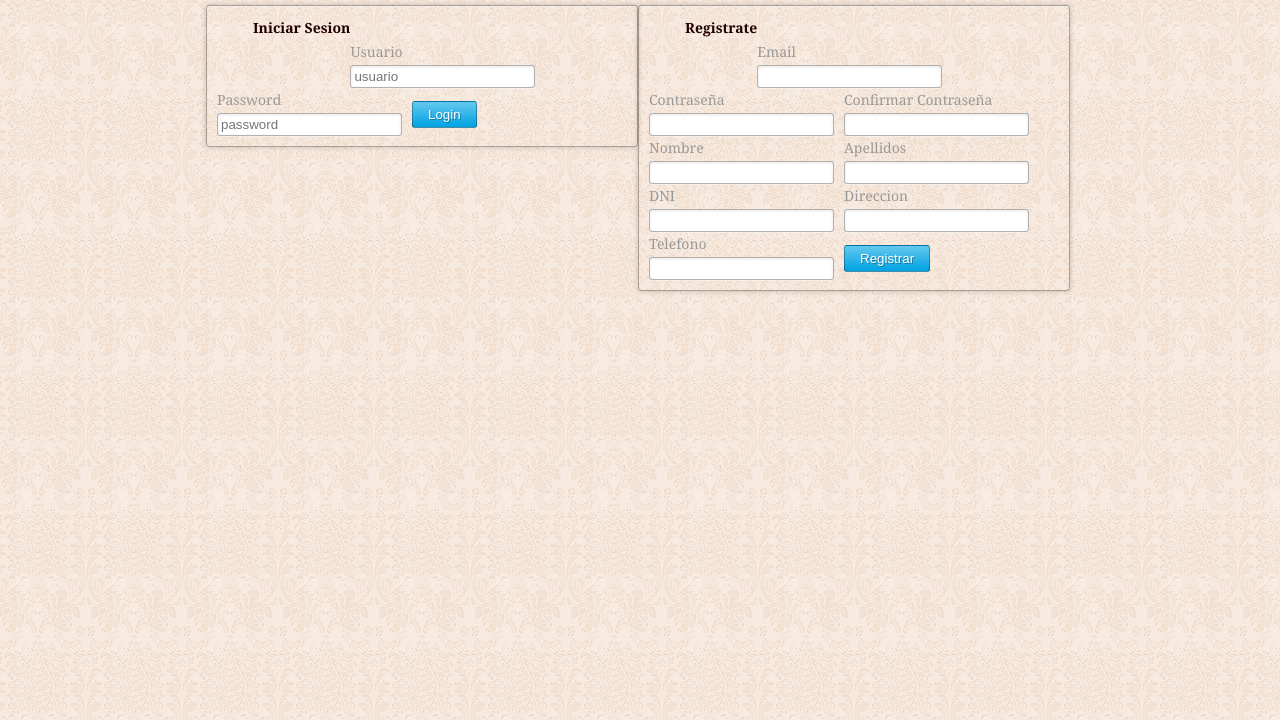
Repository: ProSoft-PDSI/sdsddo
Page: http://localhost/sdsr/LoginRegistro.jsp
These files come from the project's save history. The page is drawn as it stood at one moment and after the next save; the edit follows.
The browser window is 1280 px wide. The pictures show the whole page.
The page is served by Tomcat 9. Other server files are loaded and not shown.

Above is the page before, as saved 2014-07-20 01:57:25.
Console error: TypeError: Cannot read properties of undefined (reading 'appendTo')

### Web/sdsr/WebContent/LoginRegistro.jsp
<%@ page language="java" contentType="text/html; charset=ISO-8859-1"
    pageEncoding="ISO-8859-1"%>
<%@ taglib prefix="c" uri="http://java.sun.com/jsp/jstl/core" %>
<!DOCTYPE html>
<html lang="es">
<head>
<title></title>
<meta charset="utf-8" />
<style type="text/css">
body {
	Background: transparent;
}
</style>
<%@ include file="Carga.jsp" %>
</head>
<body id="page5">
<div class="body6" id="marco">
	<div class="body1" id="marco">
		<div class="main" id="marco">
<!-- content -->
			<article id="content">
				<div class="wrap">


					<div>
					<form id="ContactForm">
						<section class="loginform cf">
						   <form name="login" action="index_submit" method="get" accept-charset="utf-8">
							<ul>
							    <h1>Registrate</h1>
								<li>
									<label for="usermail"><br>Email</label>
									<input type="text" name="usermail"  required>
								</li>
								<li>
									<label for="password">Contraseña</label>
									<input type="text" name="password"  required>
								</li>
								<li>
									<label for="password">Confirmar Contraseña</label>
									<input type="text" name="password"  required>
								</li>
								<li>
									<label for="Nombre">Nombre</label>
									<input type="text" name="Nombre"  required>
								</li>
								<li>
									<label for="Apellido">Apellidos</label>
									<input type="text" name="Apellido"  required>
								</li>
								<li>
									<label for="Number">DNI</label>
									<input type="text" name="Number"  required>
								</li>
								<li>
									<label for="Direccion">Direccion</label>
									<input type="text" name="Direccion"  required>
								</li>
								<li>
									<label for="Number">Telefono</label>
									<input type="text" name="Number"  required>
								</li>
								<li>
									<input type="submit" value="Registrar">
								</li>
							</ul>
						</form>
					</section>
							</form>
						</div>
				 <div>
					<form id="ContactForm">
						<section class="loginform cf">
							<form name="login" action="index_submit" method="get" accept-charset="utf-8">
								<ul>
								   <h1> Iniciar Sesion </h1>
									<li>
										<label for="usuario"><br>Usuario</label>
										<input type="text" name="usuario" placeholder="usuario" required>
									</li>
									<li>
										<label for="password">Password</label>
										<input type="password" name="contrasenia" placeholder="password" required></li>
									<li>
										<input type="submit" value="Login">
									</li>
								</ul>
								</form>
						</section>
					</form>
					</div>
				</div>
			</article>
		</div>
	</div>
</div>
<script type="text/javascript"> Cufon.now(); </script>
</body>

</html>

### Web/sdsr/WebContent/Carga.jsp
<link rel="stylesheet" href="css/reset.css" type="text/css" media="all">
<link rel="stylesheet" href="css/layout.css" type="text/css" media="all">
<link rel="stylesheet" href="css/style.css" type="text/css" media="all">
<link rel="stylesheet" href="css/estilos.css" type="text/css" media="all">
<script type="text/javascript" src="js/jquery-1.6.js" ></script>
<script type="text/javascript" src="js/cufon-yui.js"></script>
<script type="text/javascript" src="js/cufon-replace.js"></script>
<script type="text/javascript" src="js/Forum_400.font.js"></script>
<script type="text/javascript" src="js/jquery.easing.1.3.js"></script>
<script type="text/javascript" src="js/tms-0.3.js"></script>
<script type="text/javascript" src="js/tms_presets.js"></script>
<script type="text/javascript" src="js/script.js"></script>
<script type="text/javascript" src="js/atooltip.jquery.js"></script>

### Web/sdsr/WebContent/css/layout.css
.col1, .col2, .col3, .cols  {float:left}
.cols {width:300px}
.col1 {width:630px}
.col2 {width:240px}
.col3 {width:570px}
/* index.html */
/* index-1.html */
#page2 .box .list1 {margin-top:-7px}
/* index-2.html */
#page3 h2.letter_spacing {word-spacing:-2px}
/* index-3.html */
#page4 .box .list1 {margin-top:-7px}
#page4 h2.pad_bot1 {padding-bottom:5px}
/* index-4.html */
#page5 .box > div {background: url(../images/box_top2.png) top center no-repeat}
#page5 #content2 h2 {padding-bottom:4px}
/* index-5.html */
/* index-6.html */

### Web/sdsr/WebContent/css/style.css
/* Getting the new tags to behave */
article, aside, audio, canvas, command, datalist, details, embed, figcaption, figure, footer, header, hgroup, keygen, meter, nav, output, progress, section, source, video {display:block}
mark, rp, rt, ruby, summary, time {display:inline}
/* Left & Right alignment */
.left {float:left}
.right {float:right}
.wrapper {width:100%;overflow:hidden}
.wrap{overflow:hidden;width:965px;margin-left:-5px;padding-left:5px}
/* Global properties */
body {background:url(../images/bg_bot.jpg) center 0 repeat #faf3ed;border:0;font:14px Georgia, "Times New Roman", Times, serif;color:#200;line-height:24px}
.ic, .ic a {border:0;float:right;background:#fff;color:#f00;width:50%;line-height:10px;font-size:10px;margin:-220% 0 0 0;overflow:hidden;padding:0}
.css3{border-radius:8px;-moz-border-radius:8px;-webkit-border-radius:8px;box-shadow:0 0 4px rgba(0, 0, 0, .4);-moz-box-shadow:0 0 4px rgba(0, 0, 0, .4);-webkit-box-shadow:0 0 4px rgba(0, 0, 0, .4);position:relative}
/* Global Structure */
.main {	margin:0 auto;	width:960px}
.body1 {background:url(../images/restaurant.jpg) top center no-repeat}
.body2 {background:#faf3ed}
.body3 {background:url(../images/bg_bot.jpg) top center repeat}
.body4 {background:url(../images/bg_bot_img.jpg) top center no-repeat}
.body5 {background:url(../images/slider_shadow.png) center 508px no-repeat}
.body6 {background:url(../images/bg_top.jpg) top repeat-x}
/* main layout */
a {color:#a80002;text-decoration:none;outline:none}
a:hover {text-decoration:underline}
h1 {float:left;padding:0px 0 0 36px}
h2 {font-size:41px;line-height:1.2em;color:#200000;padding:16px 0 12px 0;letter-spacing:-2px}
h2.letter_spacing {letter-spacing:-3px}
h3 {font-size:27px;color:#230000;line-height:1.2em;padding:20px 0 9px 0;letter-spacing:-1px}
h3 span {color:#a80002}
p {padding-bottom:24px}
/* header */
header {height:121px;padding-top:31px;width:100%;overflow:hidden}
label {
	display: block;
	color: #999;
}
.cf:before,
.cf:after {
    content: "";
    display: table;
}

.cf:after {
    clear: both;
}
.cf {
    *zoom: 1;
}
:focus {
	outline: 0;
}
.loginform {
	width: 410px;
	margin: 10px auto;
	padding: 10px;
	border-radius: 3px;
    box-shadow: 0px 0px 5px 0px rgba(0, 0, 0, 0.2),
    			inset 0px 1px 0px 0px rgba(250, 250, 250, 0.5);
    border: 1px solid rgba(0, 0, 0, 0.3);
    float: right;
}
.loginform ul {
	padding: 0;
	margin: 0;
}
.loginform li {
	display: inline;
	float: left;
}
.loginform input:not([type=submit]) {
	padding: 3px;
	margin-right: 10px;
	border: 1px solid rgba(0, 0, 0, 0.3);
	border-radius: 3px;
	box-shadow: inset 0px 1px 3px 0px rgba(0, 0, 0, 0.1),
				0px 1px 0px 0px rgba(250, 250, 250, 0.5) ;
}
.loginform input[type=submit] {
	border: 1px solid rgba(0, 0, 0, 0.3);
	background: #64c8ef; /* Old browsers */
	background: -moz-linear-gradient(top,  #64c8ef 0%, #00a2e2 100%); /* FF3.6+ */
	background: -webkit-gradient(linear, left top, left bottom, color-stop(0%,#64c8ef), color-stop(100%,#00a2e2)); /* Chrome,Safari4+ */
	background: -webkit-linear-gradient(top,  #64c8ef 0%,#00a2e2 100%); /* Chrome10+,Safari5.1+ */
	background: -o-linear-gradient(top,  #64c8ef 0%,#00a2e2 100%); /* Opera 11.10+ */
	background: -ms-linear-gradient(top,  #64c8ef 0%,#00a2e2 100%); /* IE10+ */
	background: linear-gradient(to bottom,  #64c8ef 0%,#00a2e2 100%); /* W3C */
	filter: progid:DXImageTransform.Microsoft.gradient( startColorstr='#64c8ef', endColorstr='#00a2e2',GradientType=0 ); /* IE6-9 */
	color: #fff;
	padding: 5px 15px;
	margin-right: 0;
	margin-top: 13px;
	border-radius: 3px;
	text-shadow: 1px 1px 0px rgba(0, 0, 0, 0.3);
}

.ac_content h1{
	color:#fff;
	display:block;
	float:left;
	width:80px;
	height:20px;
	padding:0px;
	font-size:28px;
	font-weight:bold;
	line-height:30px;
	margin-right:1px;
}
.ac_content h1 span{
	display:block;
	font-weight:normal;
	font-size:18px;
}

#top_nav {float:right;padding:4px 43px 30px 0}
#top_nav li {float:left;padding:3px 26px 5px 0;background:url(../images/top_line.gif) right 0 no-repeat;margin-right:25px}
#top_nav li a {display:block;line-height:0}
#top_nav .end {background:none;padding-right:0;margin-right:0}
#menu {width:633px;float:right;padding:0 0 0 0}
#menu li {float:left;padding-left:3px}
#menu li a {display:block;font-size:24px;color:#faf3ed;line-height:75px;padding:0 15px;height:60px;letter-spacing:-1px}
/* #menu li a {display:block;font-size:24px;color:#faf3ed;line-height:100px;padding:0 15px;height:80px;letter-spacing:-1px}*/
#menu li a:hover, #menu .active a {text-decoration:none;background:url(../images/menu_bg.png) repeat}
.slider_bg {width:100%;height:404px;background: url(../images/bg_slider.jpg) 0 0 no-repeat;position:relative;overflow:hidden;box-shadow:0 0 5px rgba(0, 0, 0, .4);-moz-box-shadow:0 0 5px rgba(0, 0, 0, .4);-webkit-box-shadow:0 0 5px rgba(0, 0, 0, .4);margin-bottom:35px}
.slider {top:10px;right:10px;position:absolute;z-index:1;width:920px}
.slider .items {display:none}
.slider .pic {float:right;position:relative}
.banner {left:0px;top:0;position:absolute;width:271px;z-index:2;text-align:center}
.banner strong {font-size:52px;color:#bf0f0a;display:block;line-height:1.2em;text-transform:uppercase;padding:55px 0 0 0;letter-spacing:-2px}
.banner strong span {display:block;margin-top:-16px}
.banner b {display:block;font-size:27px;color:#312826;text-transform:uppercase;padding:0 0 23px 0;line-height:1.2em;letter-spacing:-1px}
.banner p {background:url(../images/quot1.png) 0 0 no-repeat}
.banner p span {display:block;background:url(../images/quot2.png) right bottom no-repeat;padding:0 0 0 0;color:#6c5f5b;padding-bottom:2px}
.slider .pagination {position:absolute;z-index:2;bottom:10px;left:107px}
.slider .pagination li {float:left;padding-right:3px}
.slider .pagination a {display:block;width:17px;height:17px;text-indent:-9999px;background:url(../images/buttons.png) right 0 no-repeat}
.slider .pagination a:hover, .slider .pagination .current a {background-position:left}
/* content */
#content {padding-bottom:40px}
#content2 {padding-bottom:31px}
.pad_left1 {padding-left:30px}
.pad_bot1 {padding-bottom:13px}
.pad_bot2 {padding-bottom:24px}
.marg_right1 {margin-right:20px}
.box {background:url(../images/box_bg.png) repeat;color:#faf3ed;box-shadow:0 0 5px rgba(0, 0, 0, .4);-moz-box-shadow:0 0 5px rgba(0, 0, 0, .4);-webkit-box-shadow:0 0 5px rgba(0, 0, 0, .4)}
.box > div {background:url(../images/box_top.png) 0 top no-repeat;padding:30px;padding-top:0;overflow:hidden}
.box h2 {color:#a80002;padding:15px 0 12px 0}
.box h2 span {color:#faf3ed}
.box figure {padding-bottom:13px}
.list1 li a {font-style:italic;padding-left:12px;background:url(../images/marker_1.gif) 1px 8px no-repeat;color:#faf3ed}
.list_1 {color:#fff}
.list_1:hover {text-decoration:none}
.button1 {display:inline-block;font-size:20px;color:#faf3ed;line-height:34px;padding:0 15px;background:#a80002;letter-spacing:-1px}
.button1:hover {text-decoration:none;color:#1e0000;background:#faf3ed}
.testimonials li span {float:left;width:40px;height:40px;font-size:30px;color:#faf3ed;line-height:34px;text-align:center;background:#a80002;margin-right:20px}
.testimonials li p {float:left;width:180px;padding-bottom:15px}
.testimonials li img {padding-top:2px}
.line1 {background:url(../images/line_vert1.gif) 285px 0 repeat-y}
.line2 {background:url(../images/line_vert1.gif) 615px 0 repeat-y}
.price {margin-top:-7px}
.price li {overflow:hidden;background:url(../images/price_bg.gif) 0 -6px repeat-x}
.price a {float:left;color:#220000;background:url(../images/marker_2.gif) 1px 11px no-repeat #faf3ed;padding-left:12px}
.price a:hover {text-decoration:none;color:#a80002}
.price span {float:right;background:#faf3ed}
.address {padding-bottom:0}
.address span {float:left;width:84px}
/* footer */
footer {height:138px;font:13px "Trebuchet MS", Arial, Helvetica, sans-serif;color:#696969;line-height:18px}
footer a {color:#c53005;text-decoration:underline}
footer a:hover {text-decoration:none}
#icons {padding:5px 0 0 0}
#icons li {float:left;padding-right:9px}
/* Tooltips */
.aToolTip {background:#a80002;color:#fff;	margin:0;padding:2px 10px 3px;font-size:11px;position:absolute;line-height:17px}
.aToolTip .aToolTipContent {position:relative;	margin:0;padding:0}
/* forms */
#ContactForm {margin-top:-5px;width:910px}
#ContactForm span {float:left;width:111px;line-height:20px}
#ContactForm .wrapper {min-height:24px}
#ContactForm .textarea_box {min-height:170px;width:100%;overflow:hidden;padding-bottom:9px}
#ContactForm {}
#ContactForm a {margin-left:20px;float:right}
#ContactForm .input {width:399px;height:18px;background:#faf3ed;padding:1px 5px;color:#220000;font:14px Georgia, "Times New Roman", Times, serif;margin:0;float:left}
#ContactForm textarea {overflow:auto;width:789px;height:163px;background:#faf3ed;padding:1px 5px;color:#220000;font:14px Georgia, "Times New Roman", Times, serif;margin:0}

### Web/sdsr/WebContent/css/estilos.css
#marco{
	background: transparent;
}

.marco{
	height:80em;
	width:101%;
}

### Web/sdsr/WebContent/js/cufon-replace.js
Cufon.replace('#menu a, .banner strong, .banner b, h2, h3', { fontFamily: 'Forum', hover:true });

### Web/sdsr/WebContent/js/atooltip.jquery.js
/*
	jQuery Version:				jQuery 1.3.2
	Plugin Name:				aToolTip V 1.0
	Plugin by: 					Ara Abcarians: http://ara-abcarians.com
	License:					aToolTip is licensed under a Creative Commons Attribution 3.0 Unported License
								Read more about this license at --> http://creativecommons.org/licenses/by/3.0/
*/
(function($) {
    $.fn.aToolTip = function(options) {

    	// setup default settings
    	var defaults = {
    		clickIt: false,
    		closeTipBtn: 'aToolTipCloseBtn',
    		fixed: false,
    		inSpeed: 200,
    		outSpeed: 0,
    		tipContent: '',
    		toolTipClass: 'aToolTip',
    		xOffset: 5,
    		yOffset: 5
    	},

    	// This makes it so the users custom options overrides the default ones
    	settings = $.extend({}, defaults, options);

		return this.each(function() {
			var obj = $(this);
			// Decide weather to use a title attr as the tooltip content
			if(obj.attr('title')){
				// set the tooltip content/text to be the obj title attribute
				var tipContent = obj.attr('title');
			} else {
				// if no title attribute set it to the tipContent option in settings
				var tipContent = settings.tipContent;
			}

			// check if obj has a title attribute and if click feature is off
			if(tipContent && !settings.clickIt){
				// Activate on hover
				obj.hover(function(el){
					obj.attr({title: ''});
					$('body').append("<div class='"+ settings.toolTipClass +"'><p class='aToolTipContent'>"+ tipContent +"</p></div>");
					$('.' + settings.toolTipClass).css({
						position: 'absolute',
						display: 'none',
						zIndex: '50000',
						top: (obj.offset().top - $('.' + settings.toolTipClass).outerHeight() - settings.yOffset) + 'px',
						left: (obj.offset().left + 1/2*(obj.outerWidth()) + settings.xOffset) + 'px'
					})
					.stop().fadeIn(settings.inSpeed);
			    },
				function(){
					// Fade out
					$('.' + settings.toolTipClass).stop().fadeOut(settings.outSpeed, function(){$(this).remove();});
			    });
		    }

		    // Follow mouse if fixed is false and click is false
		    if(!settings.fixed && !settings.clickIt){
				obj.mousemove(function(el){
					$('.' + settings.toolTipClass).css({
						top: (el.pageY - $('.' + settings.toolTipClass).outerHeight() - settings.yOffset),
						left: (el.pageX + settings.xOffset)
					})
				});
			}

		    // check if click feature is enabled
		    if(tipContent && settings.clickIt){
				// Activate on click
				obj.click(function(el){
					obj.attr({title: ''});
					$('body').append("<div class='"+ settings.toolTipClass +"'><p class='aToolTipContent'>"+ tipContent +"</p></div>");
					$('.' + settings.toolTipClass).append("<a class='"+ settings.closeTipBtn +"' href='#' alt='close'>close</a>");
					$('.' + settings.toolTipClass).css({
						position: 'absolute',
						display: 'none',
						zIndex: '50000',
						top: (obj.offset().top - $('.' + settings.toolTipClass).outerHeight() - settings.yOffset) + 'px',
						left: (obj.offset().left + obj.outerWidth() + settings.xOffset) + 'px'
					})
					.fadeIn(settings.inSpeed);
					// Click to close tooltip
					$('.' + settings.closeTipBtn).click(function(){
						$('.' + settings.toolTipClass).fadeOut(settings.outSpeed, function(){$(this).remove();});
						return false;
					});
					return false;
			    });
		    }

		}); // END: return this

		// returns the jQuery object to allow for chainability.
        return this;
    };
})(jQuery);

$(document).ready(function() {
		// tool tip
	$('.normaltip').aToolTip({
    	toolTipClass: 'aToolTip'});

})

Loaded but not shown: Web/sdsr/WebContent/css/reset.css (common file); Web/sdsr/WebContent/js/jquery-1.6.js (library); Web/sdsr/WebContent/js/cufon-yui.js (library); Web/sdsr/WebContent/js/Forum_400.font.js (library); Web/sdsr/WebContent/js/jquery.easing.1.3.js (library); Web/sdsr/WebContent/js/script.js (common file); Web/sdsr/WebContent/js/tms_presets.js (489 lines, source omitted); Web/sdsr/WebContent/js/tms-0.3.js (395 lines, source omitted)

After the next save:
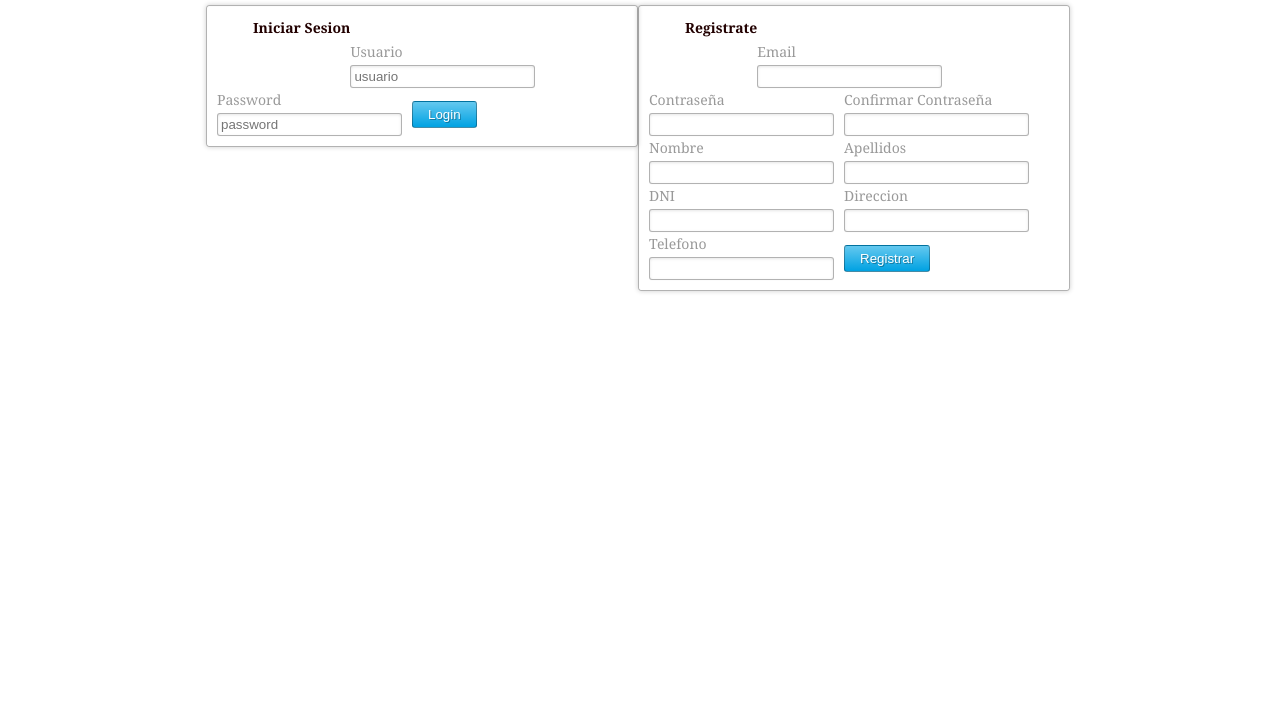
Saved 41 s later.
--- a/Web/sdsr/WebContent/LoginRegistro.jsp
+++ b/Web/sdsr/WebContent/LoginRegistro.jsp
@@ -6,12 +6,12 @@
 <head>
 <title></title>
 <meta charset="utf-8" />
+<%@ include file="Carga.jsp" %>
 <style type="text/css">
 body {
 	Background: transparent;
 }
 </style>
-<%@ include file="Carga.jsp" %>
 </head>
 <body id="page5">
 <div class="body6" id="marco">
